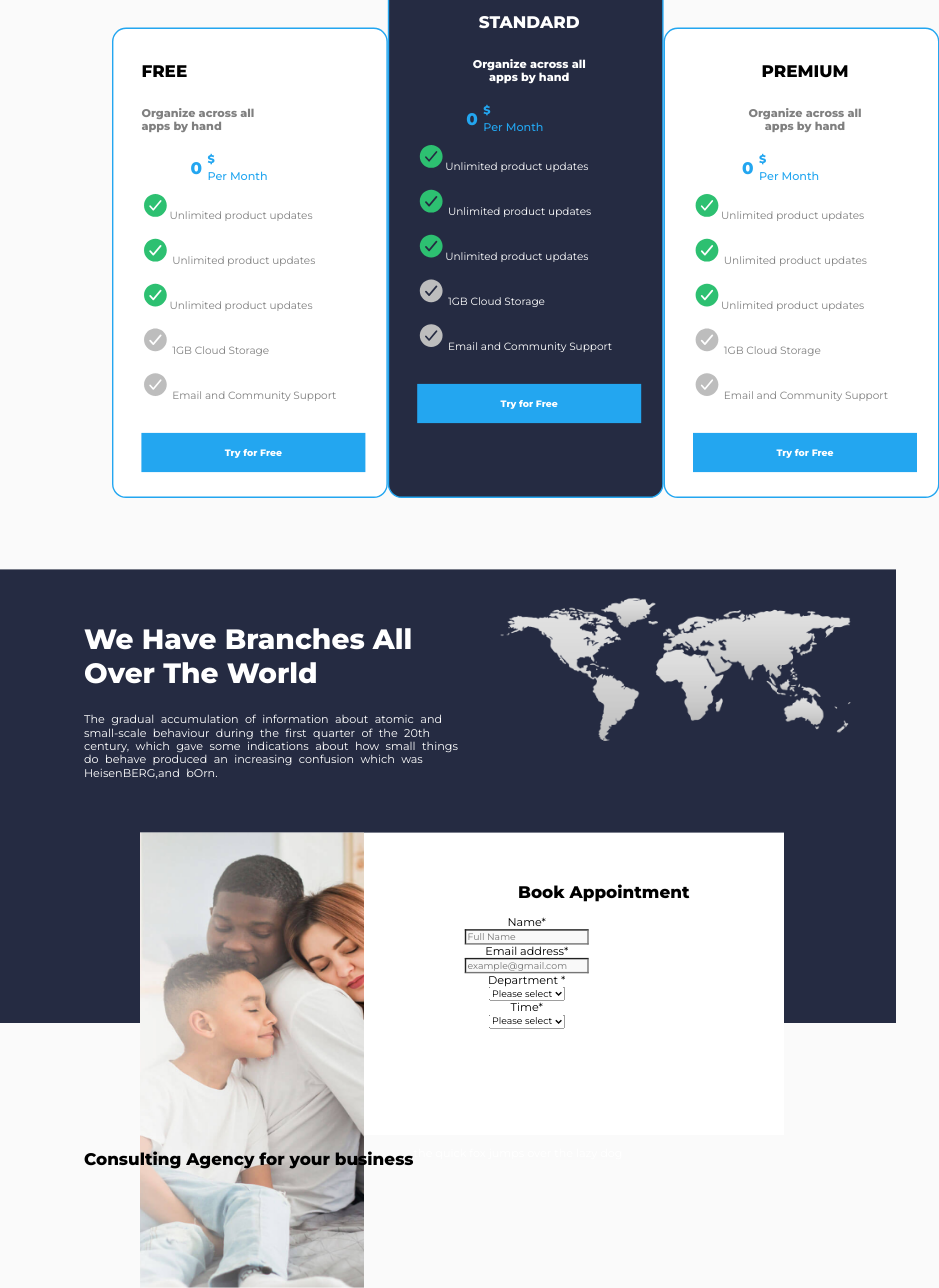
Repository: NANCY-HUB329/week-challenge
Page: index.html
The author's editor kept a copy of each file at every save. The page is drawn from the files as they stood at one save, then again after the next save.
The browser window is 1280 px wide. The page is 1342 px wide, so the pictures cover 1342 px, including what lies to the right of the window. The pictures show the part of the page from y = 2428 to 4268 px (the page is 4268 px tall), at 70% of full size.

Above is the page before, as saved 2023-11-24 08:05:42.

After the next save:
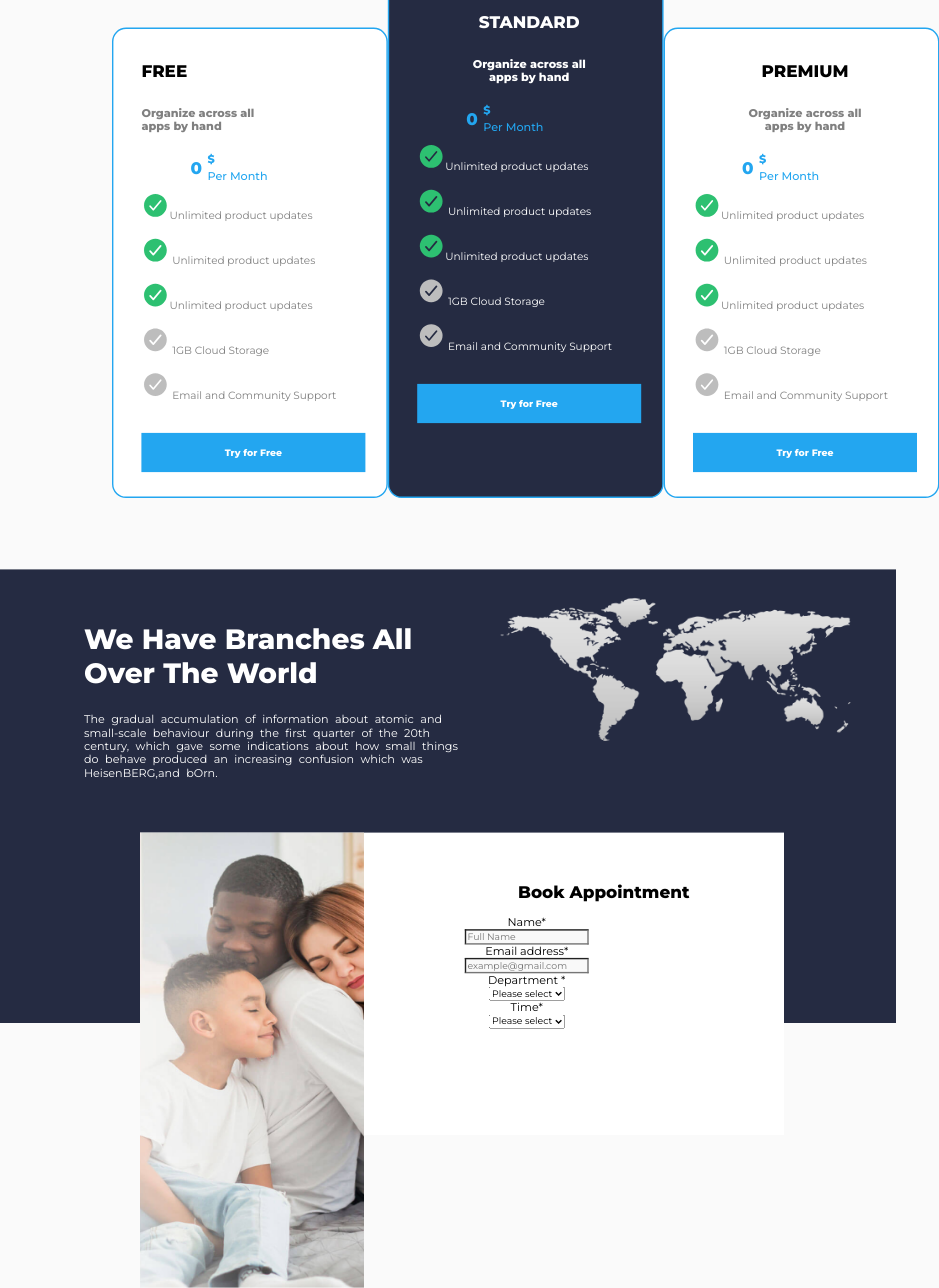
Saved 9 s later.
--- a/index.html
+++ b/index.html
@@ -380,11 +380,6 @@
 <!-- continue from here -->
 </div>
 </div>
-<div class="contact-content-bottom">
-<h2> Consulting Agency for your business</h2>
-<p>  the quick fox jumps over the
-  lazy dog </p>
-</div>
 
     </div>
   </section>

After the save that followed:
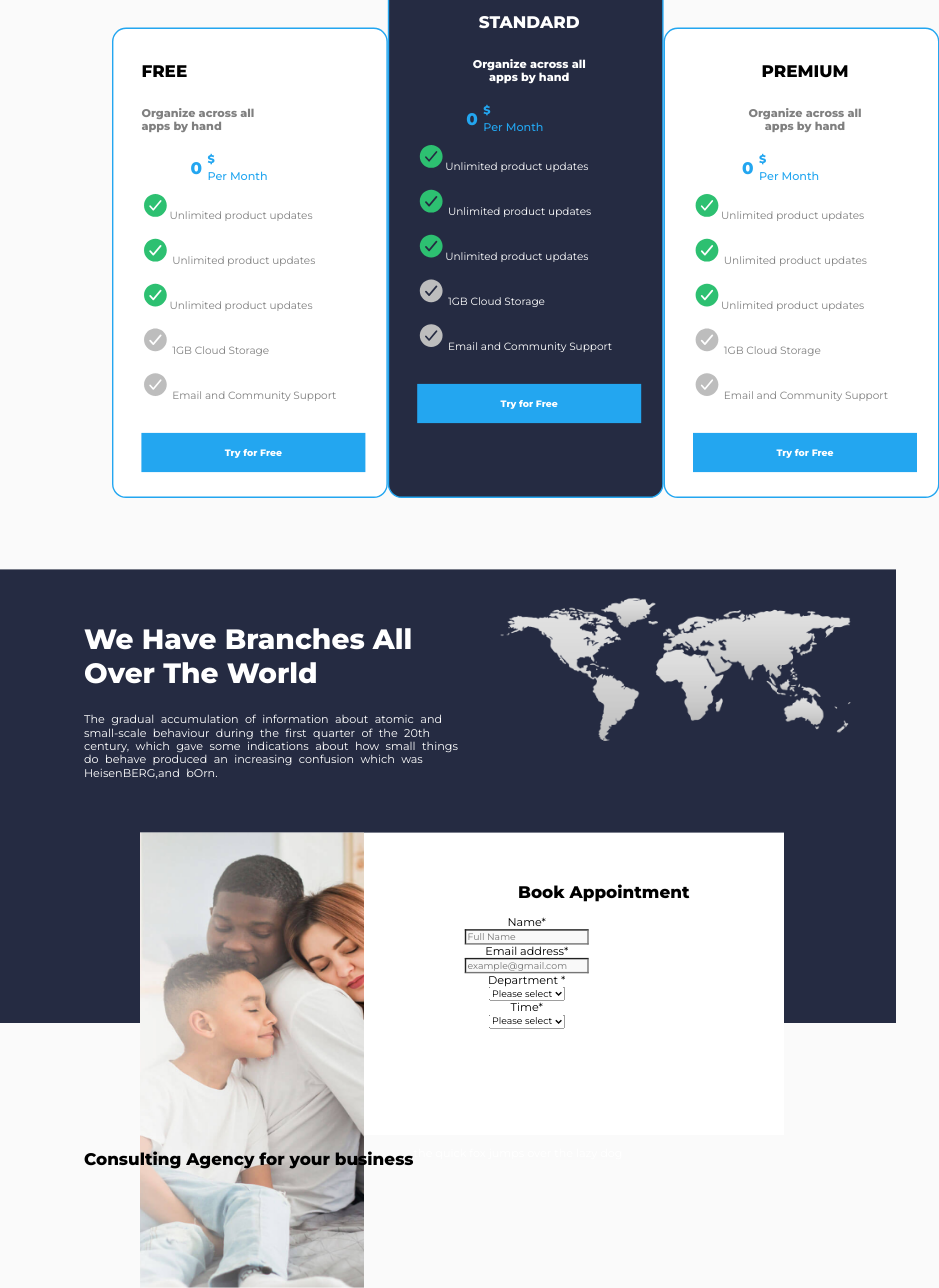
Saved 35 s later.
--- a/index.html
+++ b/index.html
@@ -380,6 +380,11 @@
 <!-- continue from here -->
 </div>
 </div>
+<div class="contact-content-bottom">
+  <h2> Consulting Agency for your business</h2>
+  <p>  the quick fox jumps over the
+    lazy dog </p>
+  </div>
 
     </div>
   </section>
